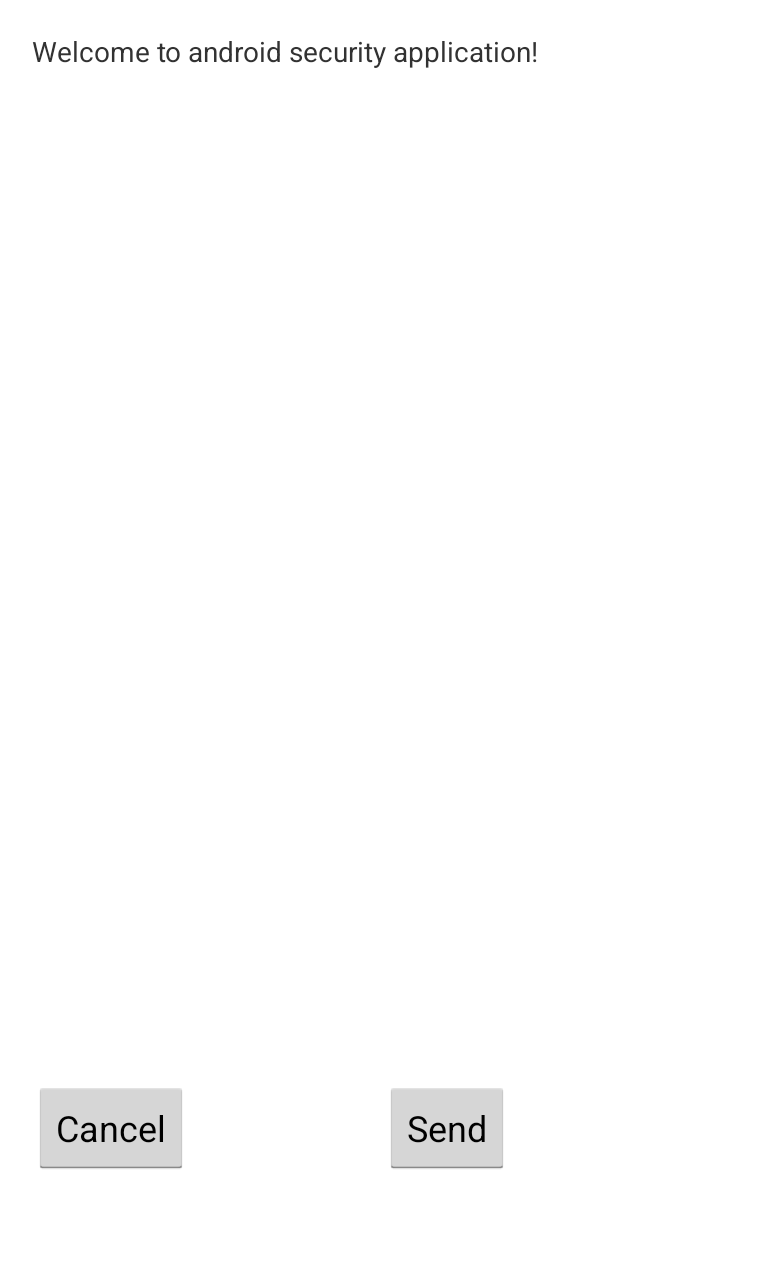
Repository: yuan8152598/android_security
Layout: android_client/AndroidSecurity/res/layout/activity_security.xml
These files come from the project's save history. The layout is drawn as it stood at one moment and after the next save; the edit follows.
It is drawn on a 768 x 1280 px phone screen (xhdpi) without system bars, with theme AppTheme; the app's code is not run.

Above is the layout before, as saved 2014-03-14 08:44:05.

### android_client/AndroidSecurity/res/layout/activity_security.xml
<RelativeLayout xmlns:android="http://schemas.android.com/apk/res/android"
    xmlns:tools="http://schemas.android.com/tools"
    android:layout_width="match_parent"
    android:layout_height="match_parent"
    android:paddingBottom="@dimen/activity_vertical_margin"
    android:paddingLeft="@dimen/activity_horizontal_margin"
    android:paddingRight="@dimen/activity_horizontal_margin"
    android:paddingTop="@dimen/activity_vertical_margin"
    tools:context=".SecurityActivity" >

    <TextView
        android:id="@+id/textView1"
        android:layout_width="wrap_content"
        android:layout_height="wrap_content"
        android:text="@string/Welcome" />

    <Button
        android:id="@+id/button2"
        android:layout_width="wrap_content"
        android:layout_height="wrap_content"
        android:layout_alignLeft="@+id/textView1"
        android:layout_alignParentBottom="true"
        android:layout_marginBottom="36dp"
        android:text="@string/Cancel" />

    <Button
        android:id="@+id/Button01"
        android:layout_width="wrap_content"
        android:layout_height="wrap_content"
        android:layout_alignBaseline="@+id/button2"
        android:layout_alignBottom="@+id/button2"
        android:layout_alignRight="@+id/textView1"
        android:layout_marginRight="14dp"
        android:text="@string/Send" />

</RelativeLayout>

### android_client/AndroidSecurity/res/values/strings.xml
<?xml version="1.0" encoding="utf-8"?>
<resources>

    <string name="app_name">AndroidSecurity</string>
    <string name="action_settings">Settings</string>
    <string name="Welcome">Welcome to android security application!</string>
    <string name="Send">Send</string>
    <string name="Cancel">Cancel</string>

</resources>

Loaded but not shown: android_client/AndroidSecurity/res/values/styles.xml (common file); android_client/AndroidSecurity/res/values-v11/styles.xml (common file); android_client/AndroidSecurity/res/values-v14/styles.xml (common file); android_client/AndroidSecurity/res/values/dimens.xml (common file)

After the next save:
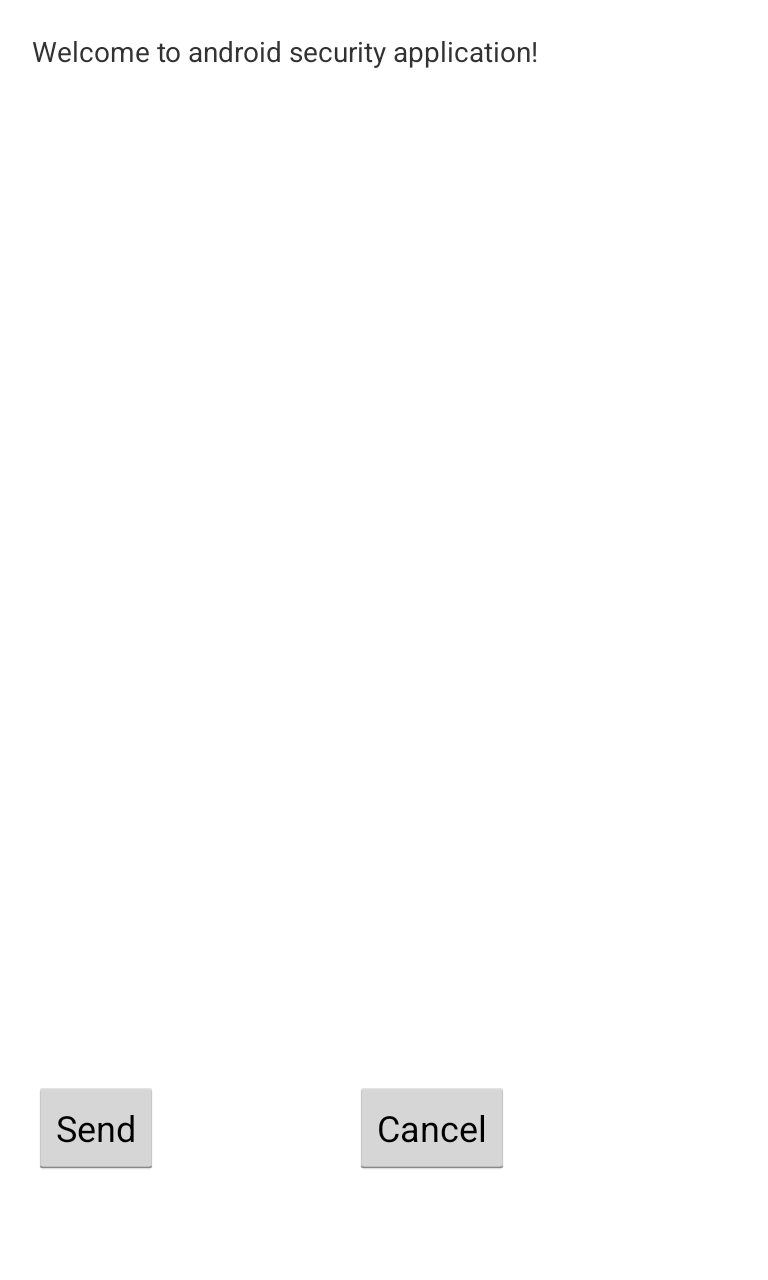
Saved 26 s later.
--- a/android_client/AndroidSecurity/res/layout/activity_security.xml
+++ b/android_client/AndroidSecurity/res/layout/activity_security.xml
@@ -21,7 +21,7 @@
         android:layout_alignLeft="@+id/textView1"
         android:layout_alignParentBottom="true"
         android:layout_marginBottom="36dp"
-        android:text="@string/Cancel" />
+        android:text="@string/Send" />
 
     <Button
         android:id="@+id/Button01"
@@ -31,6 +31,6 @@
         android:layout_alignBottom="@+id/button2"
         android:layout_alignRight="@+id/textView1"
         android:layout_marginRight="14dp"
-        android:text="@string/Send" />
+        android:text="@string/Cancel" />
 
 </RelativeLayout>
